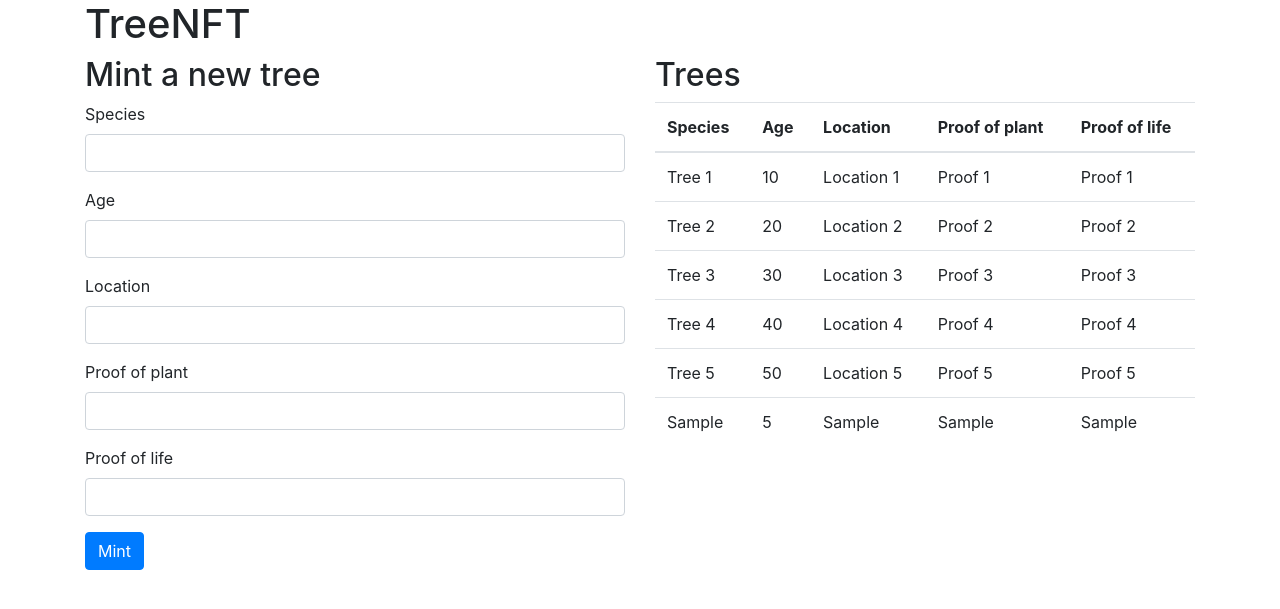
Repository: Jeremicarose/Celo-Code-Jam-3.0
Page: celo-boilerplate-web-dapp/public/index.html
The author's editor kept a copy of each file at every save. The page is drawn from the files as they stood at one save, then again after the next save.
The browser window is 1280 px wide. The pictures show the whole page.
Empty fields were first filled with sample values (such as "Sample", 5 or name@example.com).
After loading, the first visible `#mintForm` was submitted once.

Above is the page before, as saved 2023-06-30 18:04:29.

After the next save:
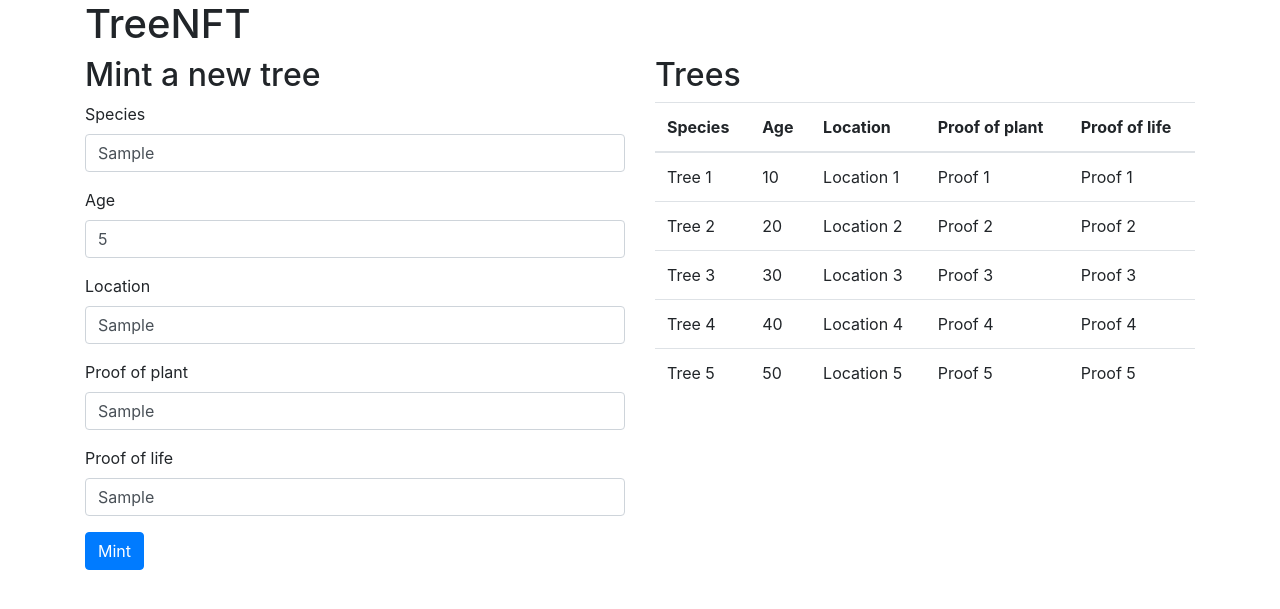
Saved 4 min 2 s later.
--- a/celo-boilerplate-web-dapp/src/main.js
+++ b/celo-boilerplate-web-dapp/src/main.js
@@ -26,30 +26,6 @@ $(document).ready(function() {
   $("#mintForm").submit(function(event) {
     event.preventDefault();
 
-    // Read form values
-    var species = $("#species").val();
-    var age = $("#age").val();
-    var location = $("#location").val();
-    var proofOfPlant = $("#proofOfPlant").val();
-    var proofOfLife = $("#proofOfLife").val();
-
-    // Create a new tree row with the form values
-    var newTreeRow = "<tr>" +
-                     "<td>" + species + "</td>" +
-                     "<td>" + age + "</td>" +
-                     "<td>" + location + "</td>" +
-                     "<td>" + proofOfPlant + "</td>" +
-                     "<td>" + proofOfLife + "</td>" +
-                     "</tr>";
-
-    // Append the new tree row to the table body
-    treeTableBody.append(newTreeRow);
-
-    // Reset form values
-    $("#species").val("");
-    $("#age").val("");
-    $("#location").val("");
-    $("#proofOfPlant").val("");
-    $("#proofOfLife").val("");
+    window.open("celowallet://");
   });
 });
